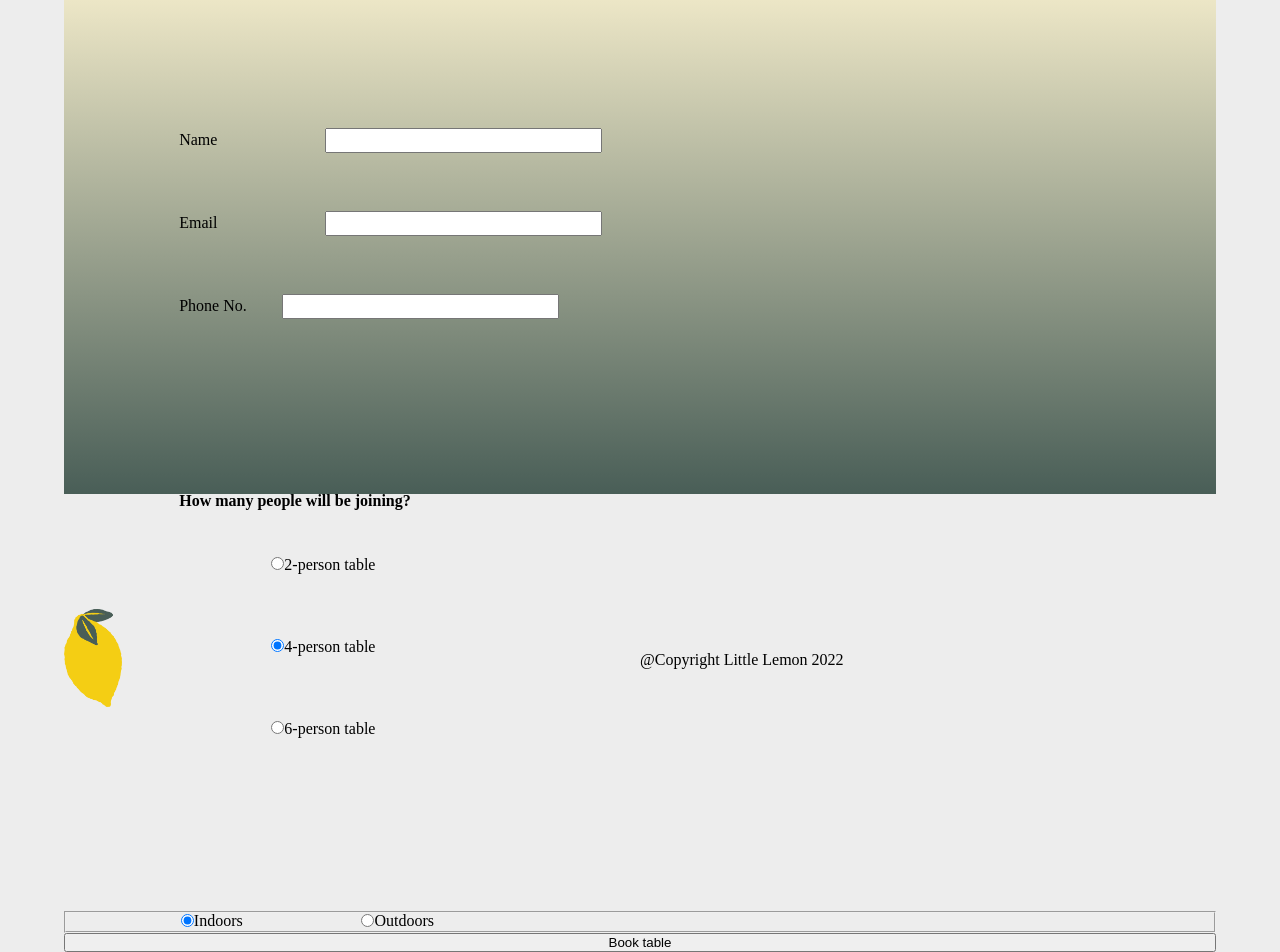
Repository: klone007/littleLemon
Page: index.html
The author's editor kept a copy of each file at every save. The page is drawn from the files as they stood at one save, then again after a run of saves.
The browser window is 1280 px wide. The pictures show the part of the page from y = 3473 to 4425 px (the page is 4425 px tall).
A picture or video elsewhere on the page could not be fetched, so the positions and the page height are approximate. Backgrounds fixed to the window are drawn as part of the page.

Above is the page before, as saved 2022-11-17 13:24:06.

### index.html
<!DOCTYPE html>
<html lang="en">
<head>
    <meta charset="UTF-8">
    <meta http-equiv="X-UA-Compatible" content="IE=edge">
    <meta name="viewport" content="width=device-width, initial-scale=1.0">
    <title>Little Lemon</title>
    <meta name="author" content="Owned by Maria & Jason">
    <meta name="description" content="Little lemon restaurant">

    <link rel="stylesheet" href="./styles.css">
    <link rel="stylesheet" href="./docs/flickity.css" media="screen">
</head>
<body>
    <script src="./docs/flickity.pkgd.min.js"></script>

<nav class="top-nav navbar-fixed-top">
    <header>
        <a href="#Home">
            <img src="./img/Asset 20@4x.png" alt="logo" />
        </a>
    </header>
    <input id="menu-toggle" type="checkbox" />
    <label class='menu-button-container' for="menu-toggle">
    <div class='menu-button'></div>
  </label>
    <ul class="menu">
        <li><a href="#Home">Home</a></li>
        <li><a href="#Menu">Menu</a></li>
        <li><a href="#mainBook">Book</a></li>
        <li><a href="#About">About</a></li>
    </ul>
</nav>


    <main>
        <h1 id="Home">Our Featured</h1>
        <section class="gallery js-flickity" data-flickity-options='{ "wrapAround": true }'>
            <div class="gallery-cell">
                <img src="https://external-content.duckduckgo.com/iu/?u=https%3A%2F%2Fwww.sightseeingtoursitaly.com%2Fwp-content%2Fuploads%2F2019%2F06%2FFamous-Italian-dishes.jpg&f=1&nofb=1&ipt=5f17ed8798b09670346a59e0c6dda9133987f1fbc826aab0525b9c7dfd5eefc6&ipo=images" alt="" loading="lazy" />
            </div>
            <div class="gallery-cell">
                <img src="https://external-content.duckduckgo.com/iu/?u=https%3A%2F%2Fcdn.websites.hibu.com%2F42205d4164494aec9952633686609fc8%2Fdms3rep%2Fmulti%2Fshutterstock_1048781273.jpg&f=1&nofb=1&ipt=9319afd718bb88107d86b2624e313065a7d3a600e22631227c980300d2d9ea5e&ipo=images" alt="" loading="lazy" />
            </div>
            <div class="gallery-cell">
                <img src="https://external-content.duckduckgo.com/iu/?u=https%3A%2F%2Fdianashealthyliving.com%2Fwp-content%2Fuploads%2F2019%2F09%2FItalian-food-Depositphotos_.jpg&f=1&nofb=1&ipt=6b3899b664b8c8aa324edf4a5f0cf548525f48ccb5f7a4fc71eac060adbfea16&ipo=images" alt="" loading="lazy" />
            </div>
            <div class="gallery-cell">
                <img src="https://external-content.duckduckgo.com/iu/?u=https%3A%2F%2Fwww.lux-review.com%2Fwp-content%2Fuploads%2F2020%2F03%2FPasta-1.jpg&f=1&nofb=1&ipt=236038c1ddcf4aa03c9a1fd1d1489bc57e1f28b597d5af0d285d39a5f3813c10&ipo=images" alt="" />
            </div>
            <div class="gallery-cell">
                <img src="https://external-content.duckduckgo.com/iu/?u=https%3A%2F%2Fthepointsguy.co.uk%2Fwp-content%2Fuploads%2F2020%2F09%2FGettyImages-599272840.jpg&f=1&nofb=1&ipt=aed47e269af3bf5fa11b8c201e77a3612dee3b5e70cd9f18d9500c28e0df9f67&ipo=images" alt="" loading="lazy" />
            </div>
        </section>

        <h1 id="Menu">Menu</h1>
        <section id="mainMenu">
            <article>
                <h3>Dish 1</h3>
                <div>
                    <img src="https://external-content.duckduckgo.com/iu/?u=https%3A%2F%2Fwww.trbimg.com%2Fimg-58b999a4%2Fturbine%2Fct-chicago-modern-classics-food-0308-20170303&f=1&nofb=1&ipt=e55a6103835e539b9ddba910f3aa8f07babc50ec035bc059d606dd24fa5a5659&ipo=images" alt="" />
                    <p>Lorem ipsum dolor sit amet consectetur adipisicing elit. Labore inventore rem quos repellat fugiat consequatur numquam, sapiente aperiam culpa aliquid maiores asperiores! Alias eligendi odit, vero amet aut quia non?</p>
                </div>
            </article>
            <article>
                <h3>Dish 2</h3>
                <div>
                    <img src="https://external-content.duckduckgo.com/iu/?u=https%3A%2F%2Fwww.webivm.com%2Fwp-content%2Fuploads%2F2016%2F12%2FFood-Photos.jpg&f=1&nofb=1&ipt=6a3492d880aad37e76e2c229f1153e1a0fc916bf886f3e4d2b33b8b43cbbb8ba&ipo=images" alt="" />
                    <p>Lorem ipsum dolor sit amet consectetur adipisicing elit. Labore inventore rem quos repellat fugiat consequatur numquam, sapiente aperiam culpa aliquid maiores asperiores! Alias eligendi odit, vero amet aut quia non?</p>
                </div>
            </article>
            <article>
                <h3>Dish 3</h3>
                <div>
                    <img src="https://external-content.duckduckgo.com/iu/?u=https%3A%2F%2Fwww.food-management.com%2Fsites%2Ffood-management.com%2Ffiles%2Fstyles%2Farticle_featured_retina%2Fpublic%2FHawaiiPromo_BU_1.jpg%3Fitok%3Dl8BccNDz&f=1&nofb=1&ipt=f5ae2a2fe3e9c6f5db3d1dd3f7cba8346bc18a211ab68dd1c32996616daafb87&ipo=images" alt="" />
                    <p>Lorem ipsum dolor sit amet consectetur adipisicing elit. Labore inventore rem quos repellat fugiat consequatur numquam, sapiente aperiam culpa aliquid maiores asperiores! Alias eligendi odit, vero amet aut quia non?</p>
                </div>
            </article>
            <article>
                <h3>Dish 4</h3>
                <div>
                    <img src="https://external-content.duckduckgo.com/iu/?u=https%3A%2F%2Fmoroccanfoodtour.com%2Fwp-content%2Fuploads%2F2020%2F05%2FMFT-Tetouan-Food-Tour-5.jpg&f=1&nofb=1&ipt=5d10271906c29c0f482e9af2e71def8f1021706b03ddfc3b13a227a26cf32f92&ipo=images" alt="" />
                    <p>Lorem ipsum dolor sit amet consectetur adipisicing elit. Labore inventore rem quos repellat fugiat consequatur numquam, sapiente aperiam culpa aliquid maiores asperiores! Alias eligendi odit, vero amet aut quia non?</p>
                </div>
            </article>
            <article>
                <h3>Dish 5</h3>
                <div>
                    <img src="https://external-content.duckduckgo.com/iu/?u=https%3A%2F%2Fimg.choice.com.au%2F-%2Fmedia%2Ff738b5b9623b4c90ad0837f98b0ea96b.ashx&f=1&nofb=1&ipt=1635fb9e31ba85f9b28735716f80466546eed1ee7c42d5bcbd6a9909df5d35f2&ipo=images" alt="" />
                    <p>Lorem ipsum dolor sit amet consectetur adipisicing elit. Labore inventore rem quos repellat fugiat consequatur numquam, sapiente aperiam culpa aliquid maiores asperiores! Alias eligendi odit, vero amet aut quia non?</p>
                </div>
            </article>
            <article>
                <h3>Dish 6</h3>
                <div>
                    <img src="https://external-content.duckduckgo.com/iu/?u=https%3A%2F%2Fwww.charlottefashionplate.com%2Fwp-content%2Fuploads%2F2019%2F04%2FFullSizeRender-2019-09-12T093414.937-e1568295666416.jpg&f=1&nofb=1&ipt=a75d703fefdf0bc48c22dafd73ad0c617d56c21db92b64727021d744cfa860a5&ipo=images" alt="" />
                    <p>Lorem ipsum dolor sit amet consectetur adipisicing elit. Labore inventore rem quos repellat fugiat consequatur numquam, sapiente aperiam culpa aliquid maiores asperiores! Alias eligendi odit, vero amet aut quia non?</p>
                </div>
            </article>
        </section>

        <h1 id="About">About</h1>
        <section id="mainAbout">
            <div class="myDIV">
                 <img src="https://external-content.duckduckgo.com/iu/?u=https%3A%2F%2Fst3.depositphotos.com%2F2572561%2F16353%2Fi%2F950%2Fdepositphotos_163534638-stock-photo-two-famous-chefs-discuss-their.jpg&f=1&nofb=1&ipt=b503cf392cbfb92c1189adf6e87bce2d96b5f10e32ff79c8c39acd97c9648224&ipo=images" alt="Little Lemon's chefs" loading="lazy" />
            </div>
            <!-- <div class="hide">
                The image used is stock image from google images.
            </div> -->

            <p>
                Based in Chicago, Illinois, <strong>Little Lemon is a family-owned Mediterranean restaurant</strong>, focused on <strong>traditional recipes served with a
                modern twist.</strong> The chefs draw inspiration from Italian, Greek, and Turkish culture and have a menu of 12–15 items that they rotate
                seasonally. The restaurant has a rustic and relaxed atmosphere with moderate prices, making it a <strong>popular place for a meal any time of
                the day.</strong>
                <br /> <br />
                Little Lemon is <strong>owned by</strong>two Italian brothers, <strong>Mario and Adrian</strong>, who moved to the United States to pursue their shared dream of owning a restaurant.
                To craft the menu, Mario relies on family recipes and his experience as a chef in Italy. Adrian does all the marketing for the restaurant and led the
                effort to expand the menu beyond classic Italian to incorporate additional cuisines from the Mediterranean region.
            </p>
        </section>
        <section id="mainBook">
            <h1>Book</h1>
            <div class="parallax"></div>

            <form class="content" method="post" >

                    <label for="user_Name">Name
                        <input type="text" id="user_Name" name="user_Name" required/>
                    </label>
                    <label for="user_Email">Email
                        <input type="email" id="user_Email" name="user_Email" required/>
                    </label>

                <label for="user_Phone">Phone No.
                    <input type="tel" id="user_Phone" name="user_Phone"/>
                </label>
                <fieldset id="size">
                    <p><strong>How many people will be joining?</strong></p>
                    <label><input type="radio" value="2" name="size" />2-person table</label><br>
                    <label><input type="radio" value="4" name="size" checked/>4-person table</label><br>
                    <label><input type="radio" value="6" name="size" />6-person table</label>
                </fieldset>
                <fieldset id="location">
                    <label><input type="radio" value="indoors" name="location" checked/>Indoors</label>
                    <label><input type="radio" value="outdoors" name="location" />Outdoors</label>
                </fieldset>
                <button type="submit">Book table</button>

            </form>
        </section>
    </main>
    <footer>
        <div >
            <img src="./img/Asset 9@4x.png" alt=""></img>
        </div>
        <div >
            <p>@Copyright Little Lemon 2022</p>
        </div>
    </footer>


</body>
</html>

### styles.css
:root {
    --lemonYelow:#f4ce14;
    --lemonGreen: #495e57;
}


*{
    margin:0;
    padding:0;
    -webkit-box-sizing: border-box;
    box-sizing: border-box;
}

body {
    background-color: #ededed;
    margin-top: 1rem;
    margin-bottom: 1rem;
    margin-left: 5%;
    margin-right: 5%;
}

header  img {
    display: block;
    margin-left: auto;
    margin-right: auto;
    max-width:3rem;
    min-height:3rem;
    animation-duration: 2s;
    animation-name: slideinLeft;
}

.top-nav  ul {
    list-style: none;
    animation-duration: 2s;
    animation-name: slideinRight;
}

.top-nav a {
    text-decoration: none;
    /* color:rgb(252, 227, 8); */
    color:white;
    padding: 10px 30px;
}

.top-nav a:hover {
    color: var(--lemonYelow);
    transform: scale(0.7);
}

.top-nav {
    display: flex;
    flex-direction: row;
    align-items: center;
    justify-content: space-between;
    background-color: #00BAF0;
    /* background: linear-gradient(to left, #214900ef, #ffe5511e); */
    background: linear-gradient(to left, #495e57, #f4cf142c);

    /* W3C, IE 10+/ Edge, Firefox 16+, Chrome 26+, Opera 12+, Safari 7+ */
    color: #FFF;
    height: 50px;
    padding: 1em;
    margin-top: 3%;


  }

  .menu {
    display: flex;
    flex-direction: row;
    list-style-type: none;
    margin: 0;
    padding: 0;
  }

  .menu > li {
    margin: 0 1rem;
    overflow: hidden;
  }

  .menu-button-container {
    display: none;
    height: 100%;
    width: 30px;
    cursor: pointer;
    flex-direction: column;
    justify-content: center;
    align-items: center;
  }

  #menu-toggle {
    display: none;
  }

  .menu-button,
  .menu-button::before,
  .menu-button::after {
    display: block;
    background-color: #fff;
    position: absolute;
    height: 4px;
    width: 30px;
    transition: transform 400ms cubic-bezier(0.23, 1, 0.32, 1);
    border-radius: 2px;
  }

  .menu-button::before {
    content: '';
    margin-top: -8px;
  }

  .menu-button::after {
    content: '';
    margin-top: 8px;
  }

  #menu-toggle:checked + .menu-button-container .menu-button::before {
    margin-top: 0px;
    transform: rotate(405deg);
  }

  #menu-toggle:checked + .menu-button-container .menu-button {
    background: rgba(255, 255, 255, 0);
  }

  #menu-toggle:checked + .menu-button-container .menu-button::after {
    margin-top: 0px;
    transform: rotate(-405deg);
  }

  @media (max-width: 700px) {
    .menu-button-container {
      display: flex;
    }
    .menu {
        z-index:1000;
      position: absolute;
      top: 50px;
      margin-top: 50px;
      left: 0;
      flex-direction: column;
      width: 100%;
      justify-content: center;
      align-items: center;
    }
    #menu-toggle ~ .menu li {
      height: 0;
      margin: 0;
      padding: 0;
      border: 0;
      transition: height 400ms cubic-bezier(0.23, 1, 0.32, 1);
    }
    #menu-toggle:checked ~ .menu li {
      border: 1px solid #333;
      height: 3.5em;
      padding: 0.5em;
      transition: height 400ms cubic-bezier(0.23, 1, 0.32, 1);
    }
    .menu > li {
      display: flex;
      justify-content: center;
      margin: 0;
      padding: 0.5em 0;
      width: 100%;
      color: white;
      background-color: #222;
    }
    .menu > li:not(:last-child) {
      border-bottom: 1px solid #444;
    }
  }

  .navbar-fixed-top{
    position: -webkit-sticky;
    position: sticky;
    top: 0px;
    z-index: 99999;
  }

/* nav {
display: flex;
justify-content: space-between;
}

header > img {
    display: block;
    margin-left: auto;
    margin-right: auto;
    max-width:5rem;
    min-height:5rem;
}

nav  ul {
    list-style: none;
    display: flex;
    justify-content: center;
    align-items: center;

}

nav a:link {
    text-decoration: none;
    color: rgb(5, 107, 5);
    padding: 10px 50px;

}

nav a:hover {
    background-color: green;
    color: antiquewhite;
} */




main  h1 {
    display: flex;
    justify-content: center;
    align-items: center;
    margin-top:5%;
    margin-bottom:3%;
    color:var(--lemonGreen);
    padding-top: 1rem;
}

main  h1:hover{
    /* animation: 1s 1 forwards pulse */
    transform: scale(1.2);
    transition: 0.5s ease-in-out;
}

main img {
    max-width:100%;
    min-height: 100%;
}

.gallery {
    background: #EEE;
    margin-bottom: 5%;
  }

  .gallery-cell {
    width: 50vw;
    height: 30vh;
    margin-left: 10px;
    counter-increment: gallery-cell;
  }

  /* cell number */
  .gallery-cell:before {
    display: block;
    text-align: center;
    content: "";
    line-height: 200px;
    font-size: 80px;
    color: white;
  }



  #mainMenu {
    display: flex;
    flex-wrap: wrap;
    overflow: auto;

}
#mainMenu div {
    display: flex;
    justify-content: center;
    align-items: center;
    gap:2rem;
}

#mainMenu img {
    max-width: 5rem;
    max-height: 5rem;
}
article img:hover {
    transform: scale(4) translate(50%,10%);
    transition: 0.5s ease-in-out;
}

main h3 {
    padding-bottom:1rem
}

main article {
    flex: 1 0 500px;
    box-sizing: border-box;
    margin: 1rem .25em;
    padding:2rem;

    max-width: 25rem;
}

main article:hover {
    color:#f4ce14;
    background-color: var(--lemonGreen);
    box-shadow: inset 0 0 1rem #444;
    border-radius: 5%;
}

@media screen and (min-width: 40em) {
    main article  {
       max-width: calc(50% -  1em);
    }


}

@media screen and (min-width: 60em) {
    main article  {
        max-width: calc(25% - 1em);
    }
}


#mainAbout {
    display: flex;
    flex-direction:column;
    justify-content: center;
    align-items: center;

}

#mainAbout img {
    max-width: 20rem;
    min-height: 20rem;
    margin:5%;
    padding:2rem;
    border-radius: 50%;
    filter:blur(0.5rem) grayscale(100%);
    transition:.5s ease-out;
}
#mainAbout img:hover {
    filter:blur(0rem) grayscale(0%);

}
/* .hide {
    display: none;
    position:absolute;
    left:8%
  } */

  /* .myDIV:hover + .hide {
    display: block;
    color: red;
  } */

#mainAbout p {
    flex: 1 0 500px;
    box-sizing: border-box;
    margin: 1rem .25em;
    padding:1rem;
}

footer {
    display: flex;
    justify-content: center;
    align-items: center;
    margin-top:10%;
}
footer div {
    flex: 1;
}

footer img {
    width:10%;
}
footer img:hover {
    transform:rotate(60deg) ;
   transition: 1s ease;
}



@media screen and (min-width:880px) {

    .gallery-cell {
        width: 70vw;
        height: 70vh;
        margin-left: 10px;
        counter-increment: gallery-cell;
      }

      #mainAbout{
        display: flex;
        justify-content: space-between;
        flex-direction: row;
        margin:1rem;
        gap: 2rem;
    }
    #mainAbout img {
        max-width: 20rem;
        min-height: 20rem;
        margin:5%;
        border-radius: 0;
    }
    #mainAbout p {
        flex: 1 ;
        box-sizing: border-box;
        margin: 1rem .25em;
        padding:1rem;
    }
    article img:hover {
        transform: scale(8) translate(50%,10%);
        transition: 0.5s ease-in-out;
    }

  }




  @keyframes slideinRight {
    from {
      margin-right: -100rem;
      opacity: 0;
    }
    25% {

        margin-right: -10rem;
        opacity: 0.25;
      }
    50% {

    margin-right: -5rem;
    opacity: 0.5;
    }
    75% {

      margin-right: -1rem;
      opacity: 0.75;
    }

    to {
      margin-right: 0rem;
      opacity: 1;
    }
  }


  @keyframes slideinLeft {
    from {
      margin-left: -100rem;
      opacity: 0;

    }

    25% {

    margin-left: -10rem;
    opacity: 0.25;
    }

    50% {

    margin-left: -5rem;
    opacity: 0.5;
    width:50%;
    }
    75% {

    margin-left: -5rem;
    opacity: 0.5;
    width:75%;

    }

    to {
      margin-left: 0rem;
      opacity: 1;
     width:100%;

    }
  }

  .parallax {
    /* The image used */
    background-image: url("https://external-content.duckduckgo.com/iu/?u=https%3A%2F%2Fuplandsouthcandles.com%2Fwp-content%2Fuploads%2F2018%2F07%2F036684.jpg&f=1&nofb=1&ipt=ed1f1ccf7945ddfd3265d2114ec71a6c897354e652921af8277e8d438890888a&ipo=images");

    /* Set a specific height */
    min-height: 500px;

    /* Create the parallax scrolling effect */
    background-attachment: fixed;
    background-position: center;
    background-repeat: no-repeat;
    background-size: cover;
  }

  .content {
    height:1000px;
    background: linear-gradient(#eee20200,#f4cf142c, #495e57);
    display:flex;
    flex-direction: column;
    align-items: stretch;
    padding-top:50%;
}
.content label {
    padding-top:5%;
    padding-left: 10%;
}

#size{
    display: flex;
    flex-direction: column;
    margin: 15% 10%;
    border:0;
}

#size label {
    margin-left: -
}

#user_Name{
    margin-left:10%;
    padding:0.2rem 3rem;
}


#user_Email{
    margin-left:10%;
    padding:0.2rem 3rem;
}

#user_Phone{
    margin-left:3%;
    padding:0.2rem 3rem;
}

### docs/flickity.css
/*! Flickity v2.3.0
https://flickity.metafizzy.co
---------------------------------------------- */

.flickity-enabled {
  position: relative;
}

.flickity-enabled:focus { outline: none; }

.flickity-viewport {
  overflow: hidden;
  position: relative;
  height: 100%;
}

.flickity-slider {
  position: absolute;
  width: 100%;
  height: 100%;
}

/* draggable */

.flickity-enabled.is-draggable {
  -webkit-tap-highlight-color: transparent;
  -webkit-user-select: none;
     -moz-user-select: none;
      -ms-user-select: none;
          user-select: none;
}

.flickity-enabled.is-draggable .flickity-viewport {
  cursor: move;
  cursor: -webkit-grab;
  cursor: grab;
}

.flickity-enabled.is-draggable .flickity-viewport.is-pointer-down {
  cursor: -webkit-grabbing;
  cursor: grabbing;
}

/* ---- flickity-button ---- */

.flickity-button {
  position: absolute;
  background: hsla(0, 0%, 100%, 0.75);
  border: none;
  color: #333;
}

.flickity-button:hover {
  background: white;
  cursor: pointer;
}

.flickity-button:focus {
  outline: none;
  box-shadow: 0 0 0 5px #19F;
}

.flickity-button:active {
  opacity: 0.6;
}

.flickity-button:disabled {
  opacity: 0.3;
  cursor: auto;
  /* prevent disabled button from capturing pointer up event. #716 */
  pointer-events: none;
}

.flickity-button-icon {
  fill: currentColor;
}

/* ---- previous/next buttons ---- */

.flickity-prev-next-button {
  top: 50%;
  width: 44px;
  height: 44px;
  border-radius: 50%;
  /* vertically center */
  transform: translateY(-50%);
}

.flickity-prev-next-button.previous { left: 10px; }
.flickity-prev-next-button.next { right: 10px; }
/* right to left */
.flickity-rtl .flickity-prev-next-button.previous {
  left: auto;
  right: 10px;
}
.flickity-rtl .flickity-prev-next-button.next {
  right: auto;
  left: 10px;
}

.flickity-prev-next-button .flickity-button-icon {
  position: absolute;
  left: 20%;
  top: 20%;
  width: 60%;
  height: 60%;
}

/* ---- page dots ---- */

.flickity-page-dots {
  position: absolute;
  width: 100%;
  bottom: -25px;
  padding: 0;
  margin: 0;
  list-style: none;
  text-align: center;
  line-height: 1;
}

.flickity-rtl .flickity-page-dots { direction: rtl; }

.flickity-page-dots .dot {
  display: inline-block;
  width: 10px;
  height: 10px;
  margin: 0 8px;
  background: #333;
  border-radius: 50%;
  opacity: 0.25;
  cursor: pointer;
}

.flickity-page-dots .dot.is-selected {
  opacity: 1;
}

Loaded but not shown: docs/flickity.pkgd.min.js (library)

After the next 4 saves:
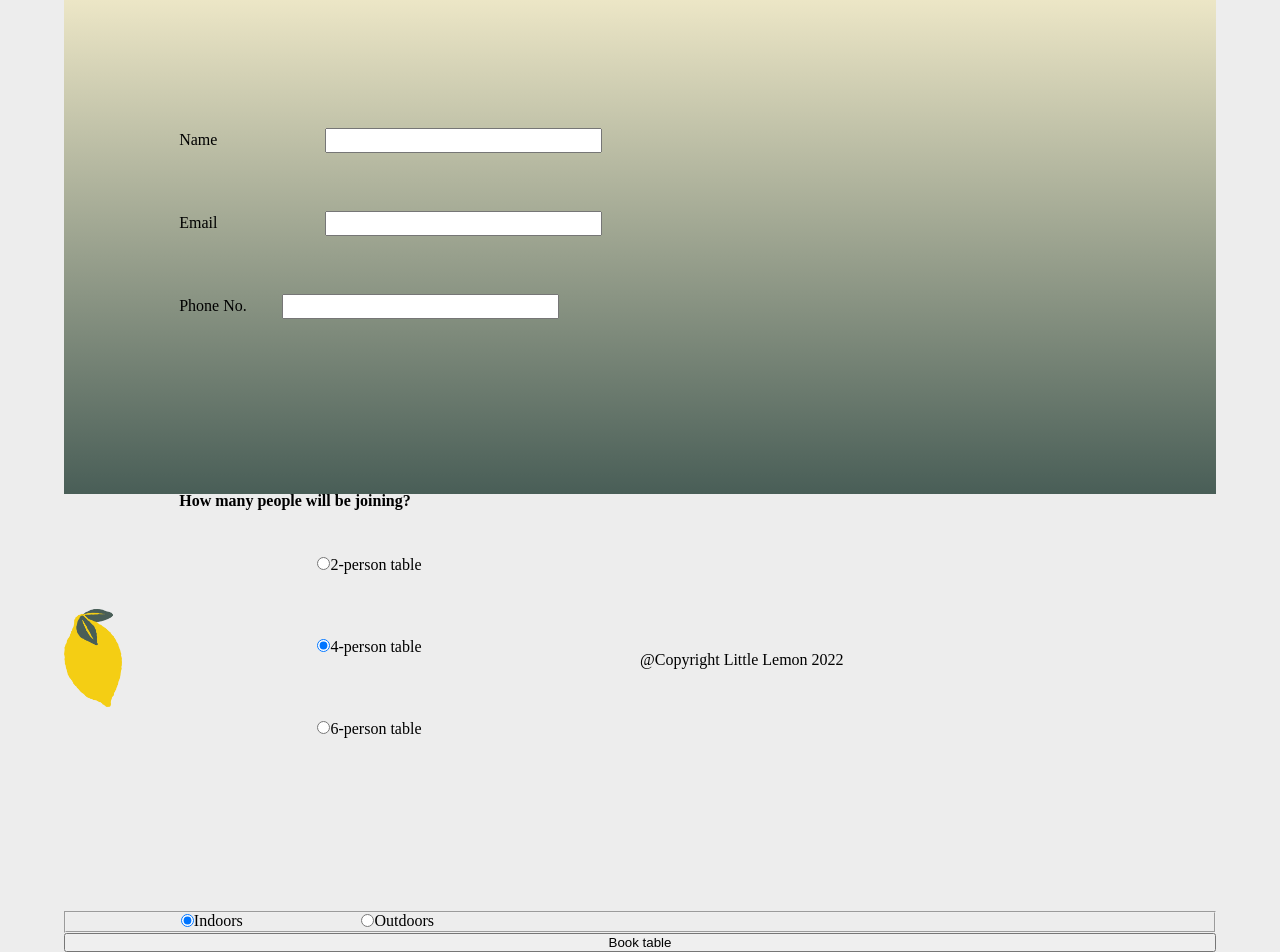
The 4 saves are shown as one change because they came seconds apart.
The last was saved 9 s later.
--- a/styles.css
+++ b/styles.css
@@ -510,7 +510,7 @@
 }
 
 #size label {
-    margin-left: -
+    margin-left:5% ;
 }
 
 #user_Name{
